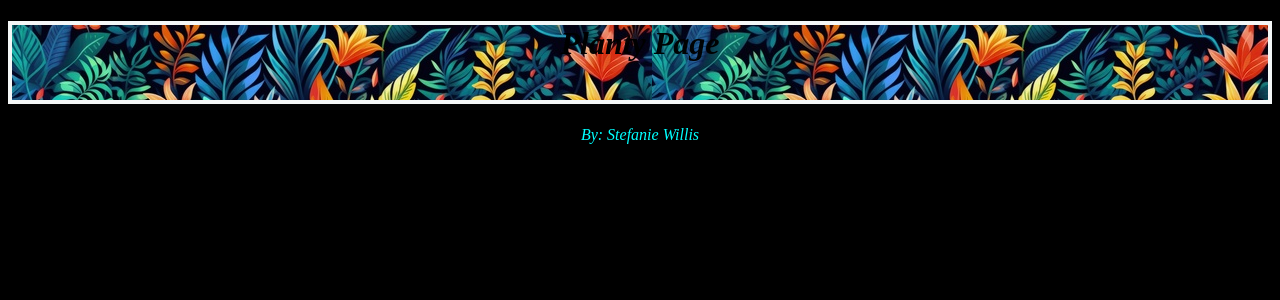
Repository: swillis91/odin-recipies
Page: Planty Page/index.html
An editor plug-in stored every save of this project. The page is shown before and after the next save, followed by the edit.
The browser window is 1280 px wide. The pictures show the whole page.

Above is the page before, as saved 2023-08-09 23:38:01.

### Planty Page/index.html
<!DOCTYPE html>
    <html>
        <head>
            <title>Planty Page- Home</title>
            <link href="style.css" rel="stylesheet"
        </head>
        <body>
            <h1 class="heading">Planty Page</h1>
                <p>By: Stefanie Willis</p>

        </body>
    </html>

### Planty Page/style.css
body{
    background-color: black;
    color:aqua;
    text-align: center;
    font-family: fantasy;
    font-style: oblique;
}

.heading{
    color: rgba(0, 0, 0, 0.974);
    border: 4px solid rgb(244, 247, 247);
    background-image: url('Images/banner.jpg');
    height: 75px;

}

After the next save:
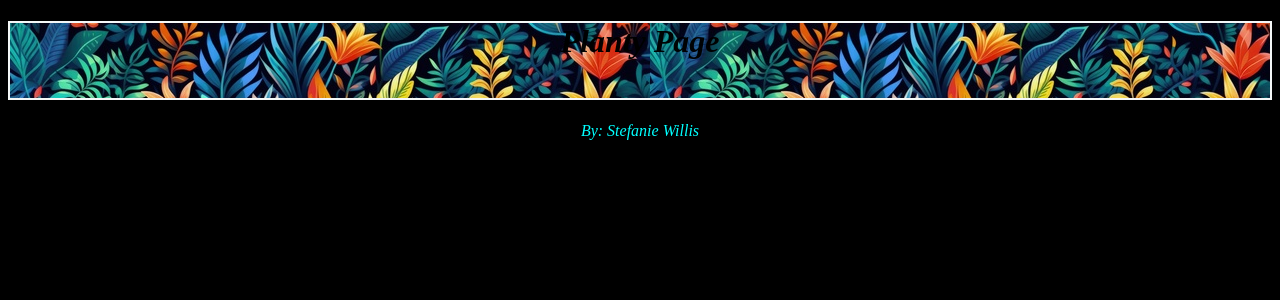
Saved 29 s later.
--- a/Planty Page/style.css
+++ b/Planty Page/style.css
@@ -8,7 +8,7 @@ body{
 
 .heading{
     color: rgba(0, 0, 0, 0.974);
-    border: 4px solid rgb(244, 247, 247);
+    border: 2px solid rgb(244, 247, 247);
     background-image: url('Images/banner.jpg');
     height: 75px;
 
